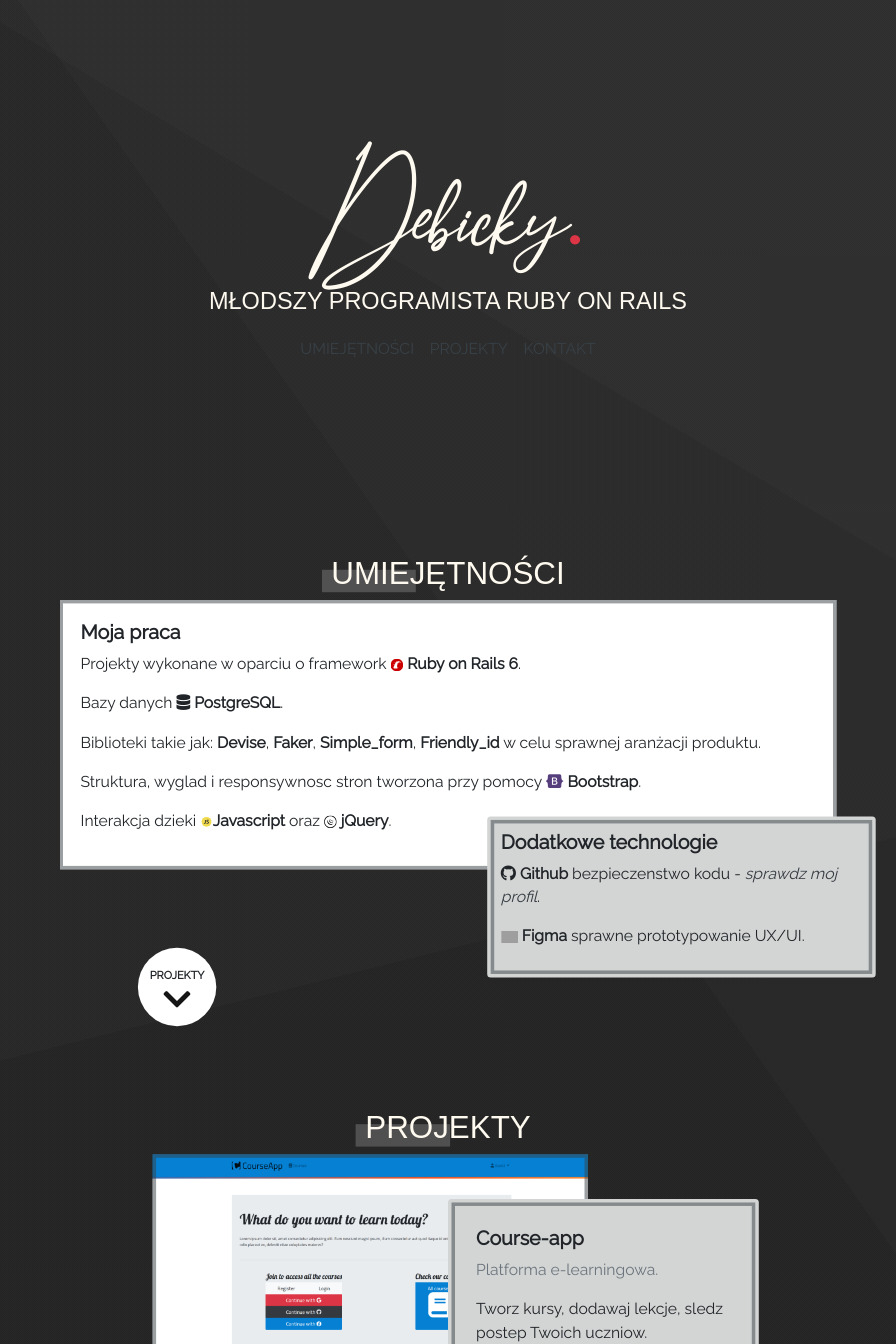
Repository: debicky/debicky.github.io
Page: index.html
An editor plug-in stored every save of this project. The page is shown before and after the next save, followed by the edit.
The browser window is 1280 px wide. The pictures show the part of the page from y = 0 to 1920 px (the page is 4633 px tall before and 4247 px after), at 70% of full size.
Pictures or frames that could not be fetched are drawn as grey boxes. Some web fonts or font styles are not loaded; a fallback is used. Some web libraries are served in a nearby version.

Above is the page before, as saved 2020-06-16 10:04:28.

After the next save:
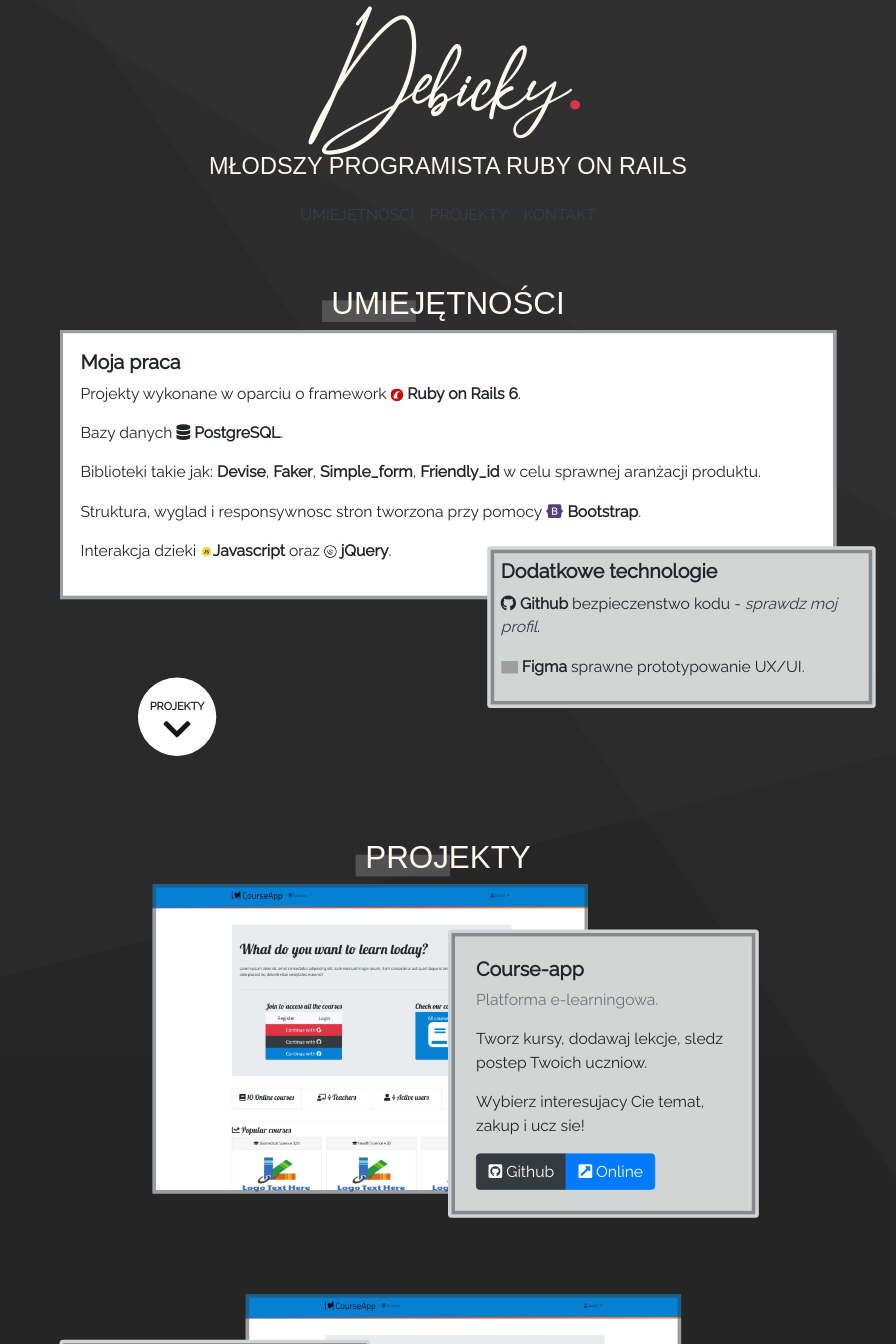
Saved 9 s later.
--- a/styles.css
+++ b/styles.css
@@ -33,8 +33,6 @@
 /* Heading */
 
 header{
-  height: 100vh;
-  width: 100%;
   display: flex;
   flex-direction: column;
   align-items: center;

After the 5 saves that followed:
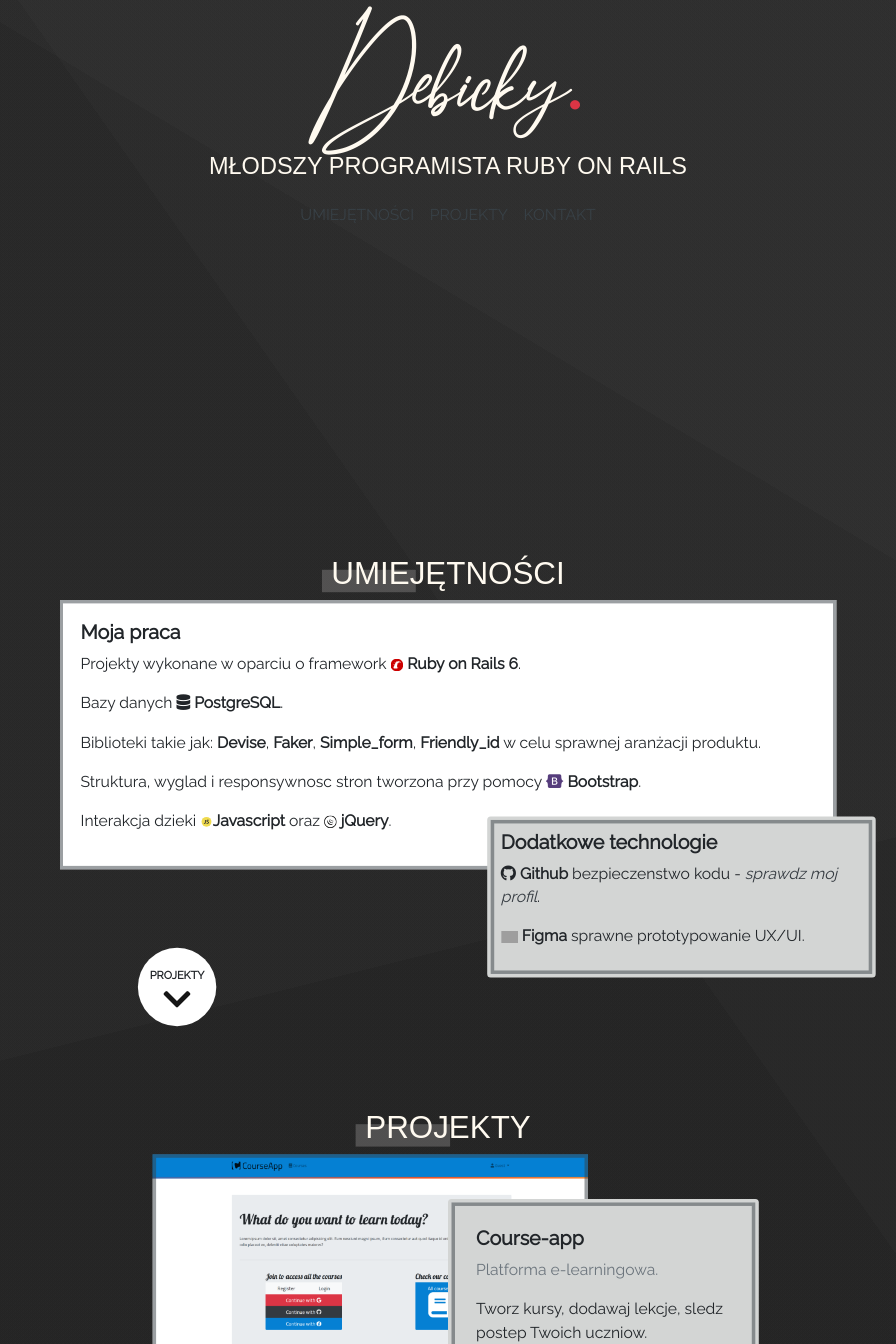
The 5 saves are shown as one change because 1 left the picture as it was and some came seconds apart.
The last was saved 19 s later.
--- a/styles.css
+++ b/styles.css
@@ -33,11 +33,8 @@
 /* Heading */
 
 header{
-  display: flex;
-  flex-direction: column;
-  align-items: center;
-  justify-content: center;
-
+  height: 100vh;
+  pad
 }
 
 .signature{
